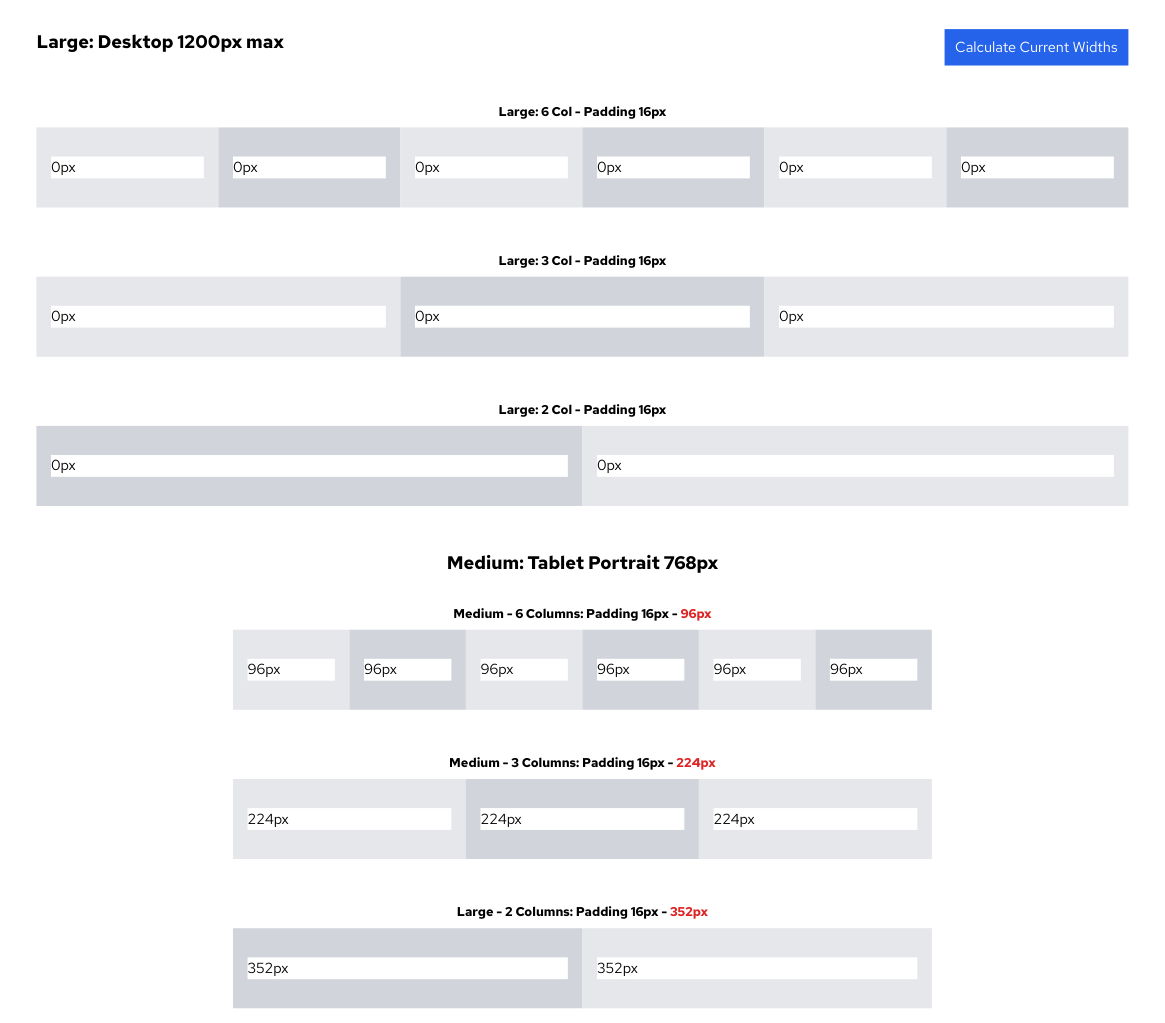
Repository: fabianwurk/vue-tailwind
Page: /
An editor plug-in stored every save of this project. The page is shown before and after the next save, followed by the edit.
The browser window is 1280 px wide. The pictures show the whole page, at 91% of full size.
The project was rebuilt for these pictures with package versions that can differ from the ones it lists, and the page was loaded fresh each time. Also part of the build but not shown: vite.config.js.

Above is the page before, as saved 2021-03-16 22:14:59.

### index.html
<!DOCTYPE html>
<html lang="en">
  <head>
    <link rel="preconnect" href="https://fonts.gstatic.com">
<link href="https://fonts.googleapis.com/css2?family=Red+Hat+Text:wght@400;700&display=swap" rel="stylesheet">
    <meta charset="UTF-8" />
    <link rel="icon" href="/favicon.ico" />
    <meta name="viewport" content="width=device-width, initial-scale=1.0" />
    <title>Vite App</title>
  </head>
  <body>
    <div id="app"></div>
    <script type="module" src="/src/main.js"></script>
  </body>
</html>

### src/App.vue
<template>
  <Large />
  <Medium />
</template>

<script setup>
import Large from './components/Large.vue';
import Medium from './components/Medium.vue';

</script>

### src/index.css
/* ./src/index.css */
@tailwind base;

body {
  font-family: 'Red Hat Text', sans-serif;
}
@tailwind components;
@tailwind utilities;

### src/components/Large.vue
<template>
  <div class="container mx-auto">
  <div class="flex flex-wrap justify-between">
    <h1 class="text-xl font-bold mb-2 mt-8 text-center">Large: Desktop 1200px max</h1>
    <button class="bg-blue-600 hover:bg-blue-800 text-white px-3 py-2 mt-8 mb-2" @click="calculateWidth()">Calculate Current Widths</button>
  </div>
  <div class="container mx-auto">
    <h2 class="text-sm font-bold mb-2 mt-8 text-center">Large: 6 Col - Padding 16px</h2>
    <div class="flex items-center">
      <div class="w-1/6 bg-gray-200 mb-4 mt-0 py-8 px-4">
        <span class="bg-white w-full block" ref="app6">{{width6}}px</span>
      </div>
      <div class="w-1/6 bg-gray-300 mb-4 mt-0 py-8 px-4">
        <span class="bg-white w-full block" ref="app6">{{width6}}px</span>
      </div>
      <div class="w-1/6 bg-gray-200 mb-4 mt-0 py-8 px-4">
        <span class="bg-white w-full block" ref="app6">{{width6}}px</span>
      </div>
      <div class="w-1/6 bg-gray-300 mb-4 mt-0 py-8 px-4">
        <span class="bg-white w-full block" ref="app6">{{width6}}px</span>
      </div>
      <div class="w-1/6 bg-gray-200 mb-4 mt-0 py-8 px-4">
        <span class="bg-white w-full block" ref="app6">{{width6}}px</span>
      </div>
      <div class="w-1/6 bg-gray-300 mb-4 mt-0 py-8 px-4">
        <span class="bg-white w-full block" ref="app6">{{width6}}px</span>
      </div>
    </div>
  </div>

  <div class="container mx-auto">
    <h2 class="text-sm font-bold mb-2 mt-8 text-center">Large: 3 Col - Padding 16px</h2>
    <div class="flex items-center">
      <div class="w-1/3 bg-gray-200 mb-4 mt-0 py-8 px-4">
        <span class="bg-white w-full block" ref="app3">{{width3}}px</span>
      </div>
      <div class="w-1/3 bg-gray-300 mb-4 mt-0 py-8 px-4">
        <span class="bg-white w-full block" ref="app3">{{width3}}px</span>
      </div>
      <div class="w-1/3 bg-gray-200 mb-4 mt-0 py-8 px-4">
        <span class="bg-white w-full block" ref="app3">{{width3}}px</span>
      </div>
    </div>
  </div>

  <div class="container mx-auto">
    <h2 class="text-sm font-bold mb-2 mt-8 text-center">Large: 2 Col - Padding 16px</h2>
    <div class="flex items-center">
      <div class="w-1/2 bg-gray-300 mb-4 mt-0 py-8 px-4">
        <span class="bg-white w-full block" ref="app2">{{width2}}px</span>
      </div>
      <div class="w-1/2 bg-gray-200 mb-4 mt-0 py-8 px-4">
        <span class="bg-white w-full block" ref="app2">{{width2}}px</span>
      </div>
    </div>
  </div>

  </div>
</template>

<script>
export default {
  data() {
    return {
      width6: 0,
      width3: 0,
      width2: 0,
    };
  },
  methods: {
    calculateWidth() {
      this.width6 = this.$refs.app6.clientWidth;
      this.width3 = this.$refs.app3.clientWidth;
      this.width2 = this.$refs.app2.clientWidth;
    }
  }
}
</script>

### src/components/Medium.vue
<template>
  <div>
  <h1 class="text-xl font-bold mb-2 mt-8 text-center">Medium: Tablet Portrait 768px</h1>
  <div class="max-w-3xl mx-auto">
    <h2 class="text-sm font-bold mb-2 mt-8 text-center">Medium - 6 Columns: Padding 16px - <span class="text-red-600">{{ sixColMd }}</span></h2>
    <div class="flex items-center">
      <div class="w-1/6 bg-gray-200 mb-4 mt-0 py-8 px-4">
        <span class="bg-white w-full block">{{ sixColMd }}</span>
      </div>
      <div class="w-1/6 bg-gray-300 mb-4 mt-0 py-8 px-4">
        <span class="bg-white w-full block">{{ sixColMd }}</span>
      </div>
      <div class="w-1/6 bg-gray-200 mb-4 mt-0 py-8 px-4">
        <span class="bg-white w-full block">{{ sixColMd }}</span>
      </div>
      <div class="w-1/6 bg-gray-300 mb-4 mt-0 py-8 px-4">
        <span class="bg-white w-full block">{{ sixColMd }}</span>
      </div>
      <div class="w-1/6 bg-gray-200 mb-4 mt-0 py-8 px-4">
        <span class="bg-white w-full block">{{ sixColMd }}</span>
      </div>
      <div class="w-1/6 bg-gray-300 mb-4 mt-0 py-8 px-4">
        <span class="bg-white w-full block">{{ sixColMd }}</span>
      </div>
    </div>
  </div>

  <div class="max-w-3xl mx-auto">
    <h2 class="text-sm font-bold mb-2 mt-8 text-center">Medium - 3 Columns: Padding 16px - <span class="text-red-600">{{ threeColMd }}</span></h2>
    <div class="flex items-center">
      <div class="w-1/3 bg-gray-200 mb-4 mt-0 py-8 px-4">
        <span class="bg-white w-full block">{{ threeColMd }}</span>
      </div>
      <div class="w-1/3 bg-gray-300 mb-4 mt-0 py-8 px-4">
        <span class="bg-white w-full block">{{ threeColMd }}</span>
      </div>
      <div class="w-1/3 bg-gray-200 mb-4 mt-0 py-8 px-4">
        <span class="bg-white w-full block">{{ threeColMd }}</span>
      </div>
    </div>
  </div>

  <div class="max-w-3xl mx-auto">
    <h2 class="text-sm font-bold mb-2 mt-8 text-center">Large - 2 Columns: Padding 16px - <span class="text-red-600">{{ twoColMd }}</span></h2>
    <div class="flex items-center">
      <div class="w-1/2 bg-gray-300 mb-4 mt-0 py-8 px-4">
        <span class="bg-white w-full block">{{ twoColMd }}</span>
      </div>
      <div class="w-1/2 bg-gray-200 mb-4 mt-0 py-8 px-4">
        <span class="bg-white w-full block">{{ twoColMd }}</span>
      </div>
    </div>
  </div>

  </div>
</template>

<script>
export default {
  data() {
    return {
      sixColMd: "96px",
      threeColMd: "224px",
      twoColMd: "352px",
    };
  },
}
</script>

### tailwind.config.js
module.exports = {
  purge: ['./index.html', './src/**/*.{vue,js,ts,jsx,tsx}'],
  darkMode: false, // or 'media' or 'class'
  theme: {
    extend: {
      container: {
        'md': {'max': '768px'},
      },
      screens: {
        'xl': {'min': '1200px', 'max': '1280px'},
        '2xl': {'max': '1280px'},
      },
    },
  },
  variants: {
    extend: {},
  },
  plugins: [],
}

Loaded but not shown: src/main.js (common file)

After the next save:
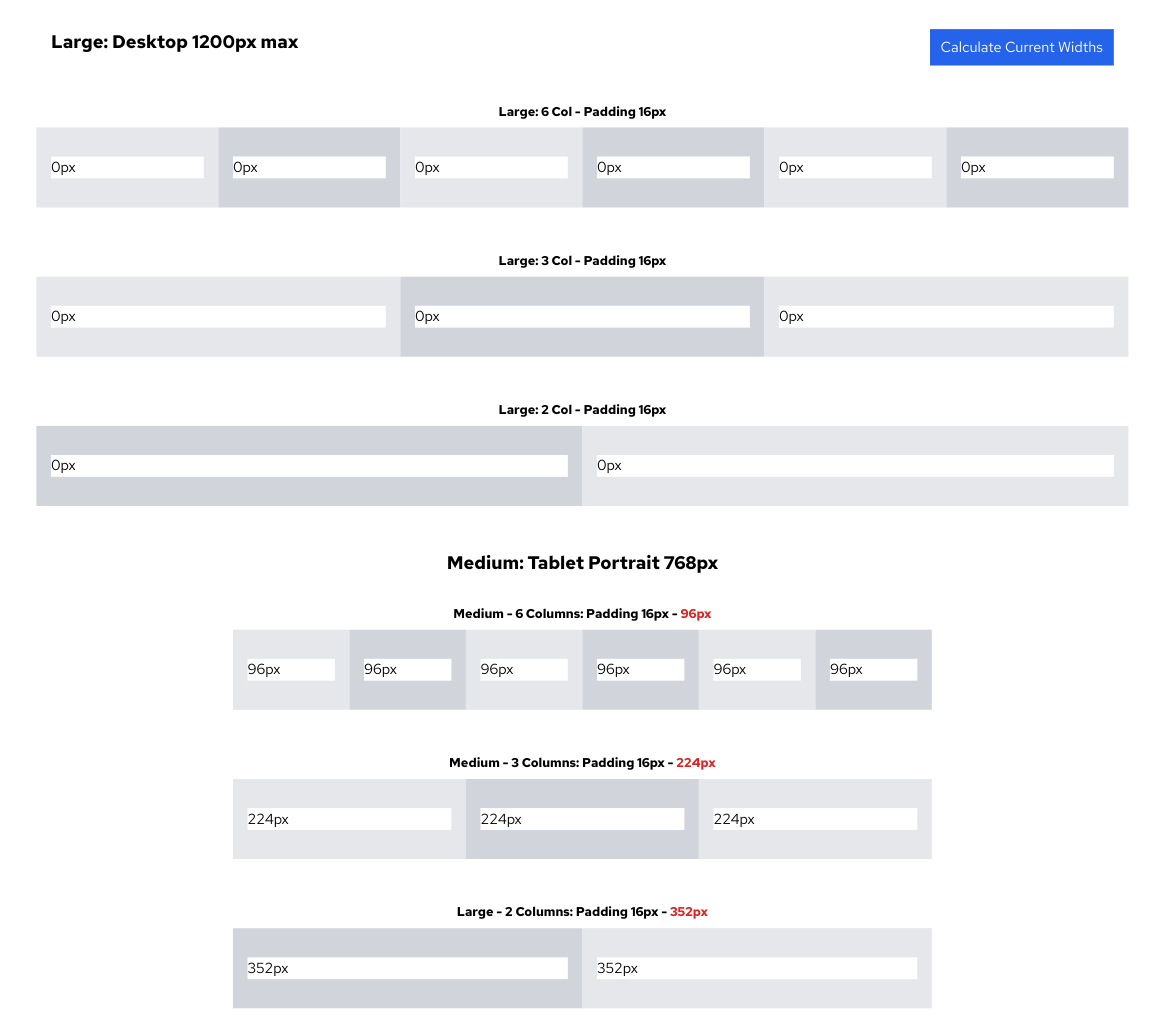
Saved 6 s later.
--- a/src/components/Large.vue
+++ b/src/components/Large.vue
@@ -1,6 +1,6 @@
 <template>
   <div class="container mx-auto">
-  <div class="flex flex-wrap justify-between">
+  <div class="flex flex-wrap justify-between px-4">
     <h1 class="text-xl font-bold mb-2 mt-8 text-center">Large: Desktop 1200px max</h1>
     <button class="bg-blue-600 hover:bg-blue-800 text-white px-3 py-2 mt-8 mb-2" @click="calculateWidth()">Calculate Current Widths</button>
   </div>
